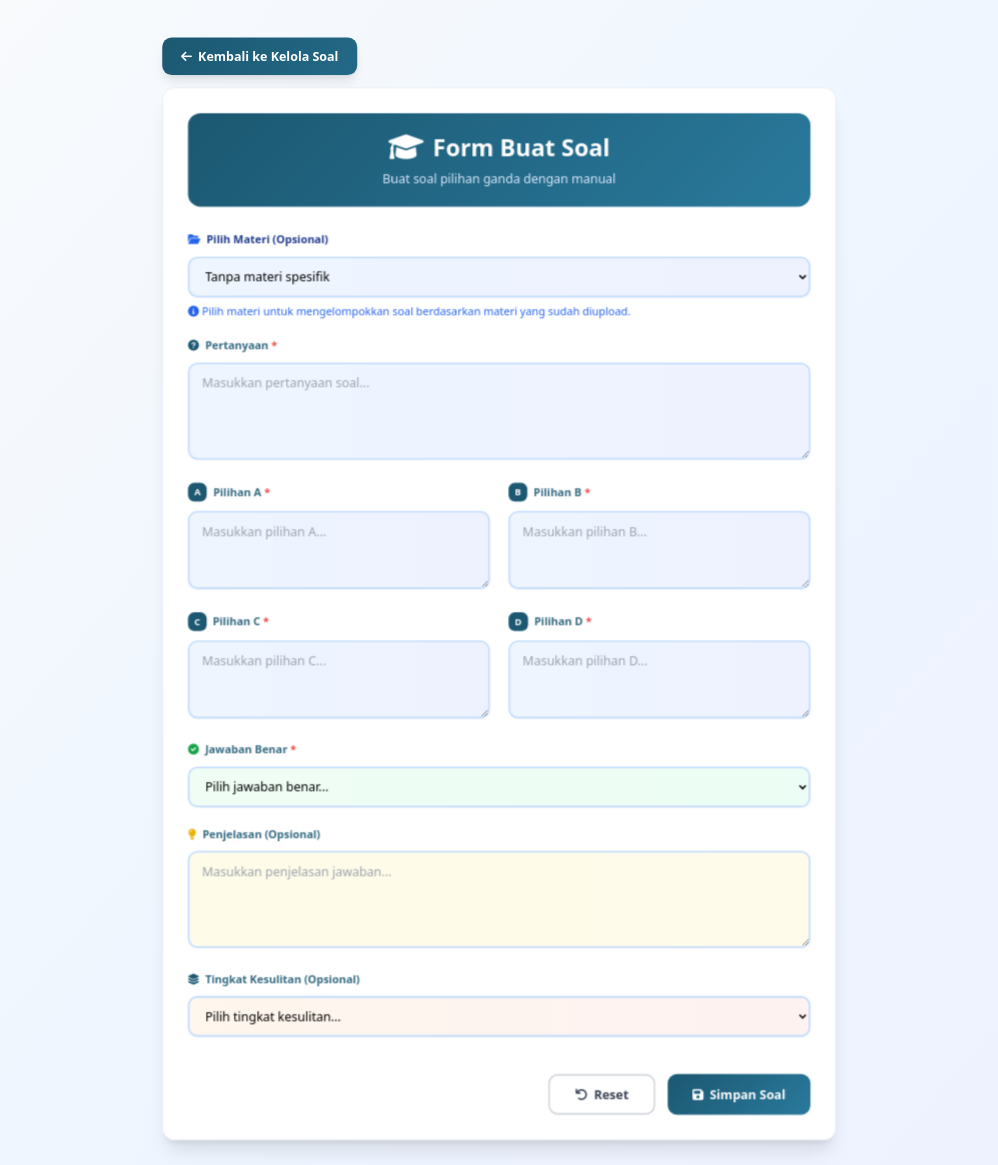
Repository: Autofat/LMS-MOOC
Page: http://localhost/questions/create
These files come from the project's save history. The page is drawn as it stood at one moment and after the next save; the edit follows.
The browser window is 1280 px wide. The pictures show the whole page, at 78% of full size.
Some web libraries are served in a nearby version. The page is served by the project's Laravel application, run on PHP 8.4 with Laravel 12. A made-up administrator, Test User (test@example.com), is signed in. Queries for data that is not in the repository find no rows.

Above is the page before, as saved 2025-08-01 14:37:45.
Console error: TypeError: Cannot set properties of null (setting 'textContent')

After the next save:
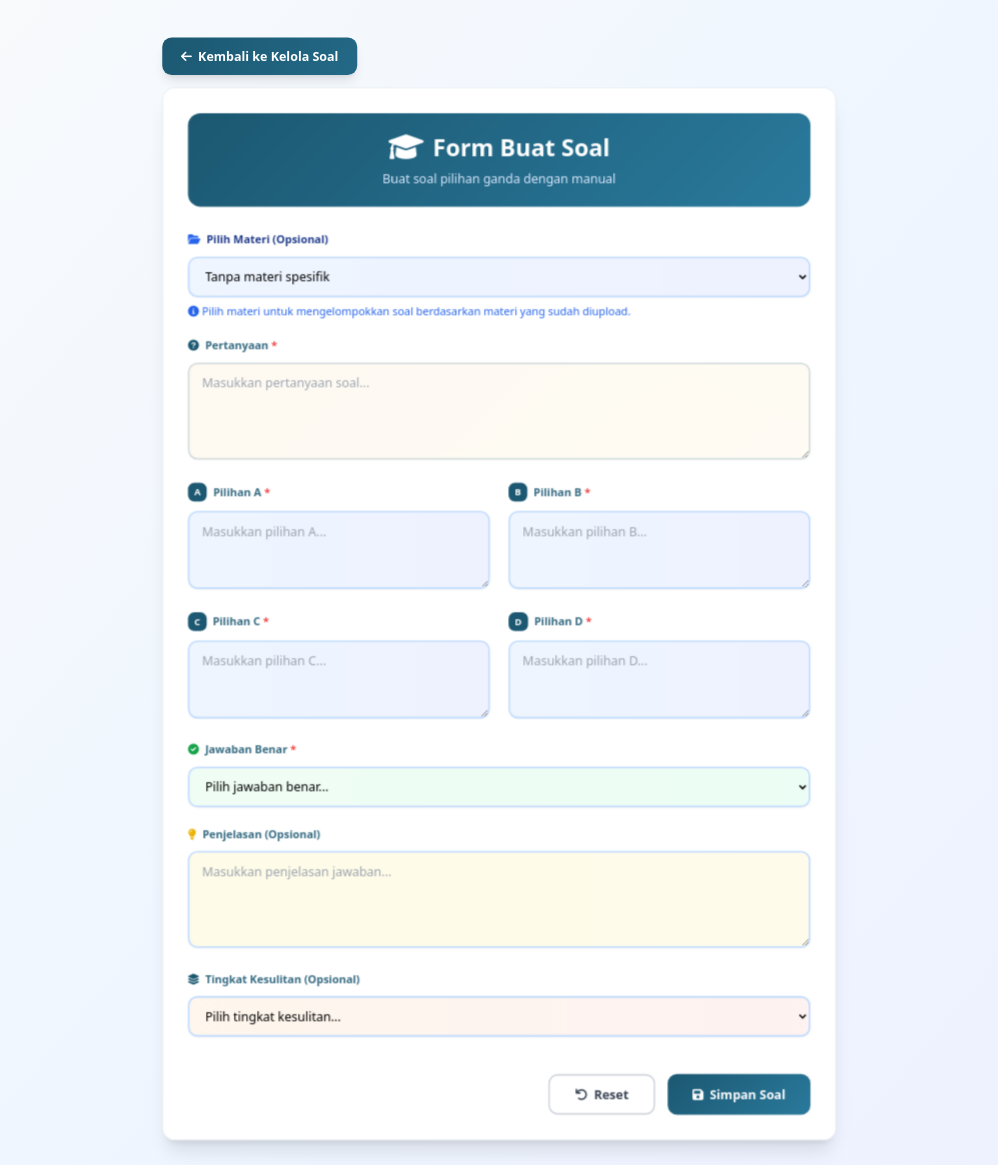
Saved 13 s later.
--- a/resources/views/form.blade.php
+++ b/resources/views/form.blade.php
@@ -103,7 +103,8 @@
                         <span>Pertanyaan <span class="text-red-500">*</span></span>
                     </label>
                     <textarea id="question" name="question" rows="4"
-                        class="w-full px-4 py-3 border-2 border-blue-200 rounded-xl shadow-sm focus:outline-none focus:ring-2 focus:ring-blue-500 focus:border-blue-500 transition-all bg-gradient-to-r from-blue-50 to-indigo-50"
+                        class="w-full px-4 py-3 rounded-xl shadow-sm focus:outline-none focus:ring-2 transition-all border-2"
+                        style="border-color: rgba(28,88,113,0.2); background: linear-gradient(135deg, rgba(245,158,11,0.05) 0%, rgba(251,191,36,0.05) 100%);"
                         placeholder="Masukkan pertanyaan soal..." required>{{ old('question', $autoFillData['question'] ?? '') }}</textarea>
                 </div>
 
